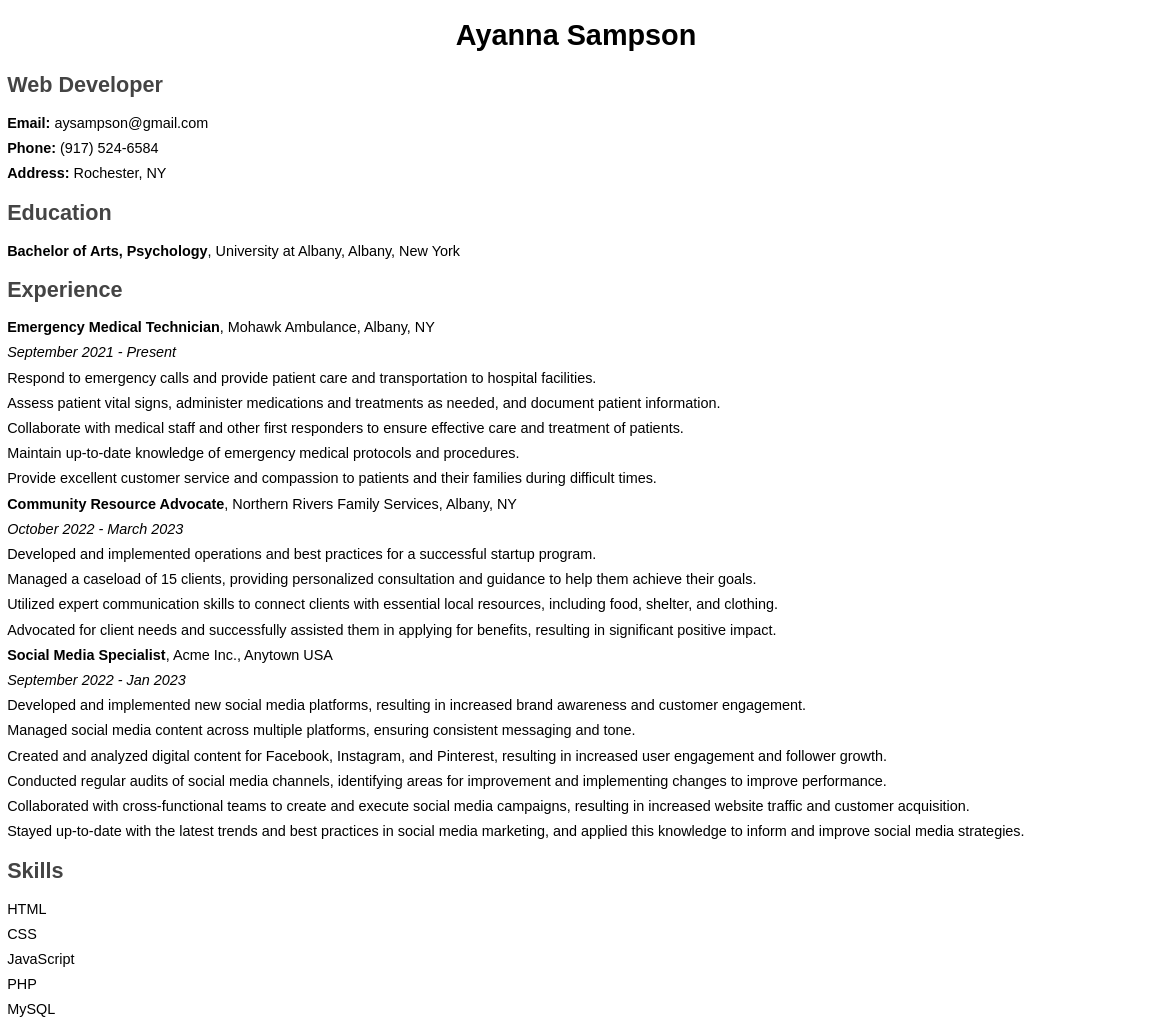
Repository: ayannasampson/htmlresume
Page: resume.html
The author's editor kept a copy of each file at every save. The page is drawn from the files as they stood at one save, then again after the next save.
The browser window is 1280 px wide. The pictures show the whole page, at 90% of full size.

Above is the page before, as saved 2023-03-15 16:17:57.

### resume.html
<!DOCTYPE html>
<html>
<head>
	<title> Ayanna Sampson's Resume</title>
	<style>
		body {
			font-family: Arial, sans-serif;
		}

		h1 {
			text-align: center;
		}

		h2 {
			color: #444;
		}

		ul {
			list-style-type: none;
			margin: 0;
			padding: 0;
		}

		li {
			margin-bottom: 10px;
		}

		.bold {
			font-weight: bold;
		}

		.italic {
			font-style: italic;
		}
	</style>
</head>
<body>
	<h1>Ayanna Sampson</h1>
	<h2>Web Developer</h2>

	<ul>
		<li><span class="bold">Email:</span> aysampson@gmail.com</li>
		<li><span class="bold">Phone:</span> (917) 524-6584</li>
		<li><span class="bold">Address:</span> Rochester, NY</li>
	</ul>

	<h2>Education</h2>
	<ul>
		<li><span class="bold">Bachelor of Arts, Psychology</span>, University at Albany, Albany, New York</li>
	</ul>

	<h2>Experience</h2>
	<ul>
        <li><span class="bold">Emergency Medical Technician</span>, Mohawk Ambulance, Albany, NY</li>
		<li><span class="italic">September 2021 - Present</span></li>
		<li>Respond to emergency calls and provide patient care and transportation to hospital facilities.</li>
		<li>Assess patient vital signs, administer medications and treatments as needed, and document patient information.</li>
        <li>Collaborate with medical staff and other first responders to ensure effective care and treatment of patients.</li>
        <li>Maintain up-to-date knowledge of emergency medical protocols and procedures.</li>
        <li>Provide excellent customer service and compassion to patients and their families during difficult times.</li>


		<li><span class="bold">Community Resource Advocate</span>, Northern Rivers Family Services, Albany, NY</li>
		<li><span class="italic">October 2022 - March 2023</span></li>
		<li>Developed and implemented operations and best practices for a successful startup program.</li>
		<li>Managed a caseload of 15 clients, providing personalized consultation and guidance to help them achieve their goals.</li>
        <li>Utilized expert communication skills to connect clients with essential local resources, including food, shelter, and clothing.</li>
        <li>Advocated for client needs and successfully assisted them in applying for benefits, resulting in significant positive impact.</li>

        <li><span class="bold">Social Media Specialist</span>, Acme Inc., Anytown USA</li>
		<li><span class="italic">September 2022 - Jan 2023</span></li>
		<li> Developed and implemented new social media platforms, resulting in increased brand awareness and customer engagement.
        <li> Managed social media content across multiple platforms, ensuring consistent messaging and tone.</li>
        <li>Created and analyzed digital content for Facebook, Instagram, and Pinterest, resulting in increased user engagement and follower growth.</li>
        <li>Conducted regular audits of social media channels, identifying areas for improvement and implementing changes to improve performance.</li>
        <li>Collaborated with cross-functional teams to create and execute social media campaigns, resulting in increased website traffic and customer acquisition.</li>
        <li>Stayed up-to-date with the latest trends and best practices in social media marketing, and applied this knowledge to inform and improve social media strategies.</li>




	<h2>Skills</h2>
	<ul>
		<li>HTML</li>
		<li>CSS</li>
		<li>JavaScript</li>
		<li>PHP</li>
		<li>MySQL</li>
	</ul>
</body>
</html>

After the next save:
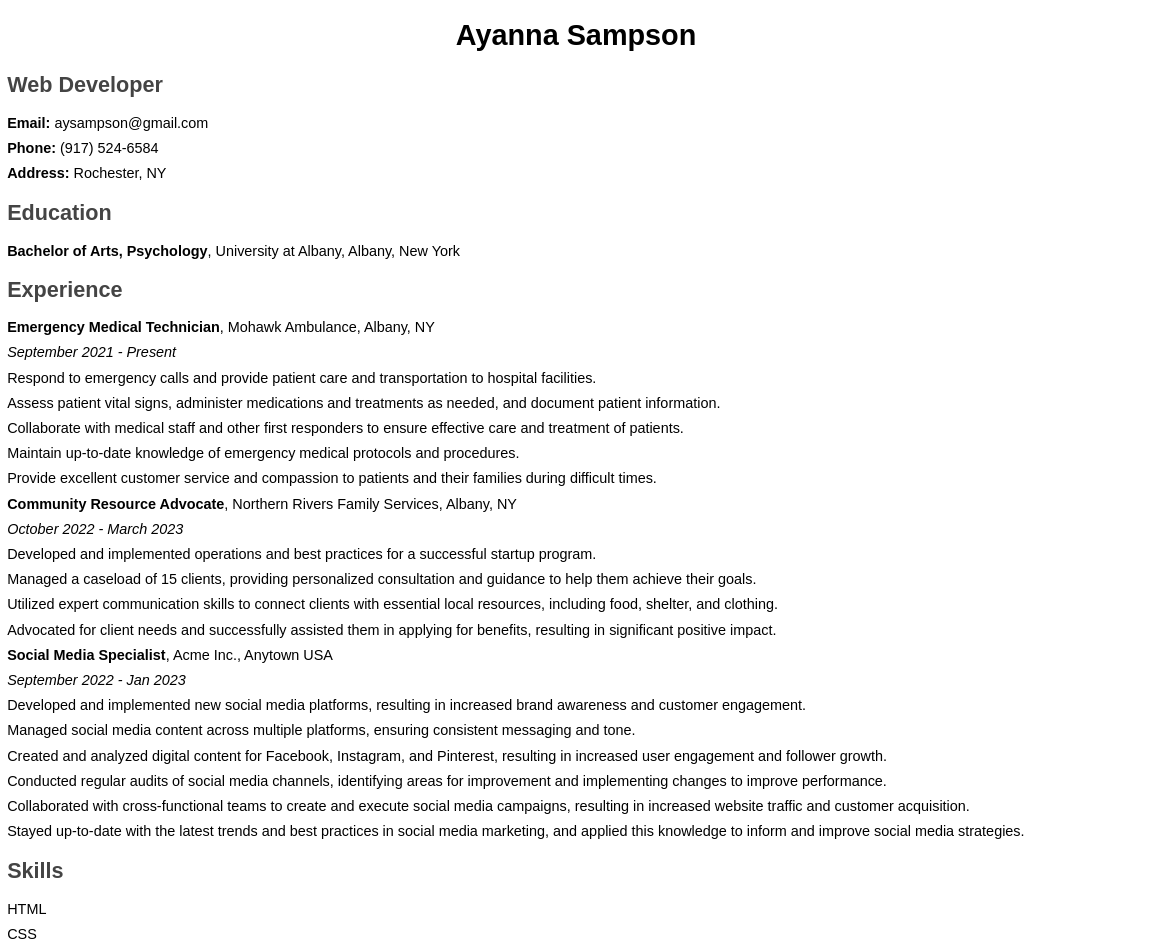
Saved 42 min 39 s later.
--- a/resume.html
+++ b/resume.html
@@ -83,9 +83,7 @@
 	<ul>
 		<li>HTML</li>
 		<li>CSS</li>
-		<li>JavaScript</li>
-		<li>PHP</li>
-		<li>MySQL</li>
+
 	</ul>
 </body>
 </html>
